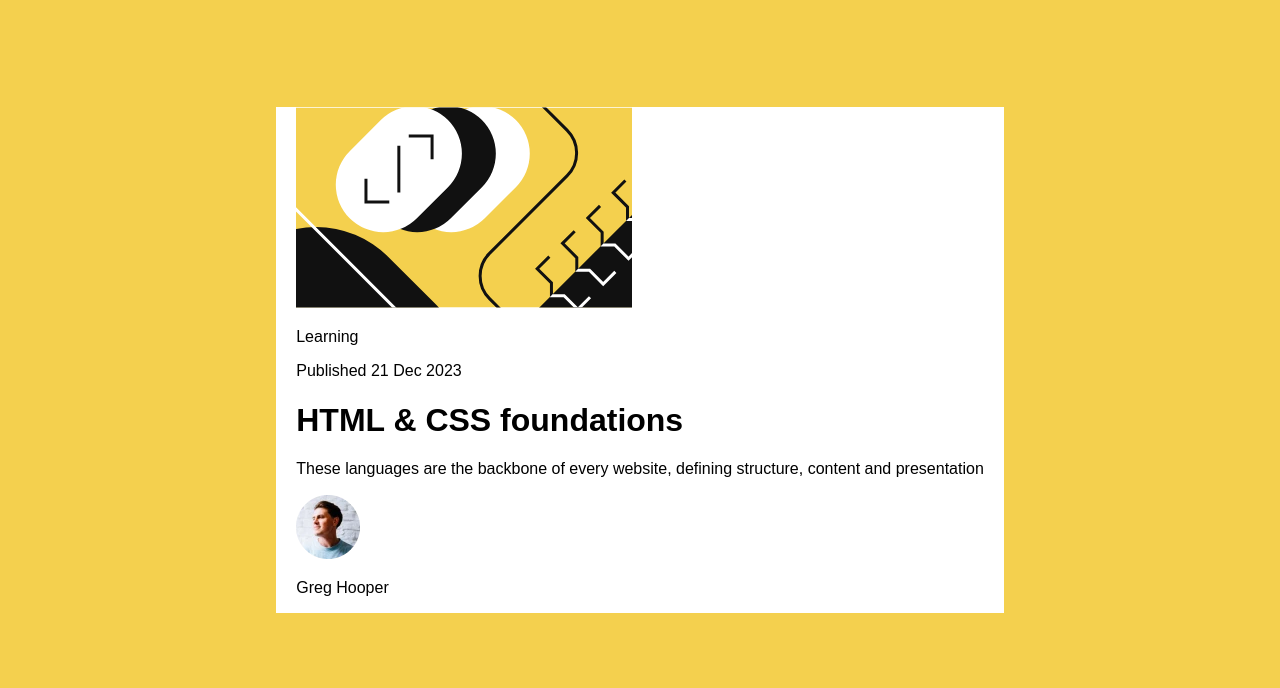
Repository: brandontaylor1/blogpreviewcard
Page: index.html
The author's editor kept a copy of each file at every save. The page is drawn from the files as they stood at one save, then again after the next save.
The browser window is 1280 px wide. The pictures show the whole page.

Above is the page before, as saved 2024-12-25 10:56:50.

### index.html
<!DOCTYPE html>
<html lang="en">
<head>
    <meta charset="UTF-8">
    <meta name="viewport" content="width=device-width, initial-scale=1.0">
    <link rel="stylesheet" href="./index.css">
    <title>HTML & CSS Foundations</title>
</head>
<body>
    <main class="container">
        <div class="img-container">
            <img src="./images/illustration-article.svg" alt="">
        </div>
        <div class="card-content">
            <p>Learning</p>
            <p>Published 21 Dec 2023</p>
            <h1>HTML & CSS foundations</h1>
            <p>These languages are the backbone of every website, defining structure, content and presentation</p>
        </div>
        <div class="user-footer">
            <img src="./images/image-avatar.webp" alt="person-image">
            <p>Greg Hooper</p>
        </div>
    </main>

    <script src="index.js"></script>
</body>
</html>

### index.css
:root {
    /* COLORS */
    --primary-yellow: hsl(47, 88%, 63%);
    --primary-white: hsl(0, 0%, 100%);
    --primary-gray-reg: hsl(0, 0%, 42%);
    --primary-gray-bold: hsl(0, 0%, 7%);

    --main-font-size: 16px;

    --main-font-family: 'Figtree', sans-serif;
    --main-font-weight-reg: 500;
    --main-font-weight-bold: 800;
}


body {
    box-sizing: border-box;
    margin: 0;
    padding: 0;
    height: 100vh;
    font-family: var(--main-font-family);
    display: flex;
    align-items: center;
    justify-content: center;
    background-color: var(--primary-yellow);
}


.container {
    max-width: 1440px;
    margin: 0 auto;
    padding: 0 20px;
    background-color: var(--primary-white);
    width:

}

Loaded but not shown: index.js (no stored copy; drawn as an empty file)

After the next save:
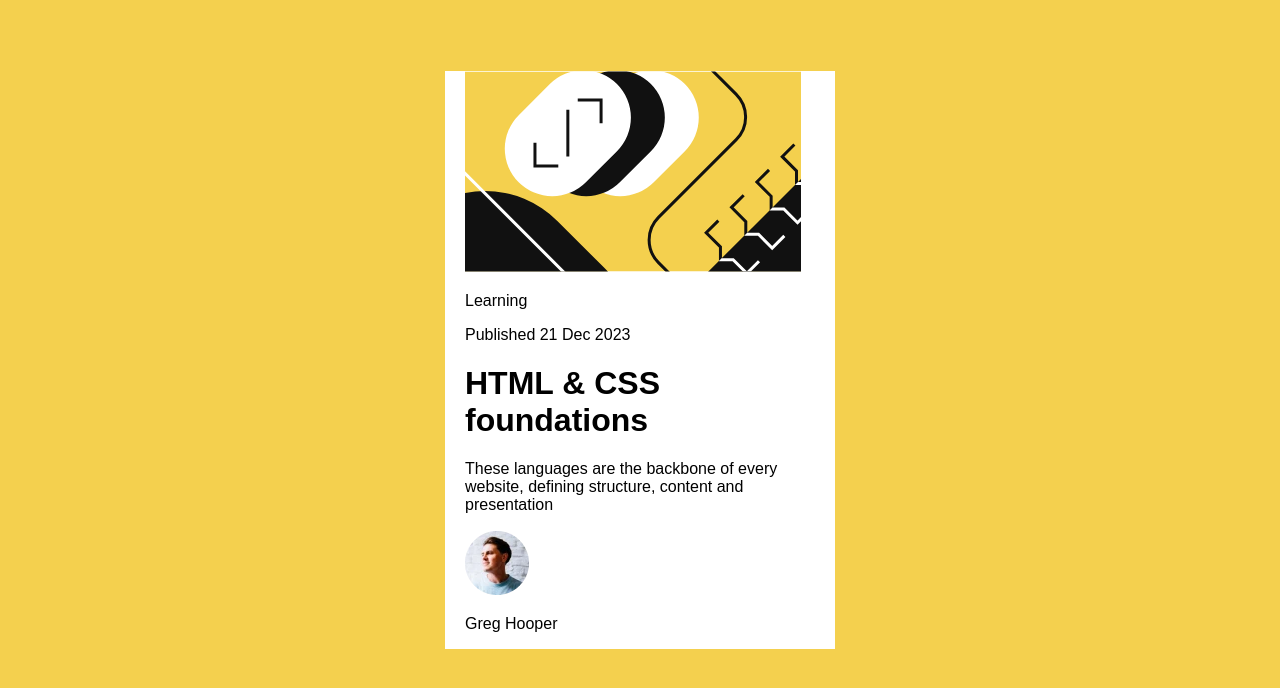
Saved 4 s later.
--- a/index.css
+++ b/index.css
@@ -31,6 +31,7 @@ body {
     margin: 0 auto;
     padding: 0 20px;
     background-color: var(--primary-white);
-    width:
+    width: 350px;
+
 
 }
